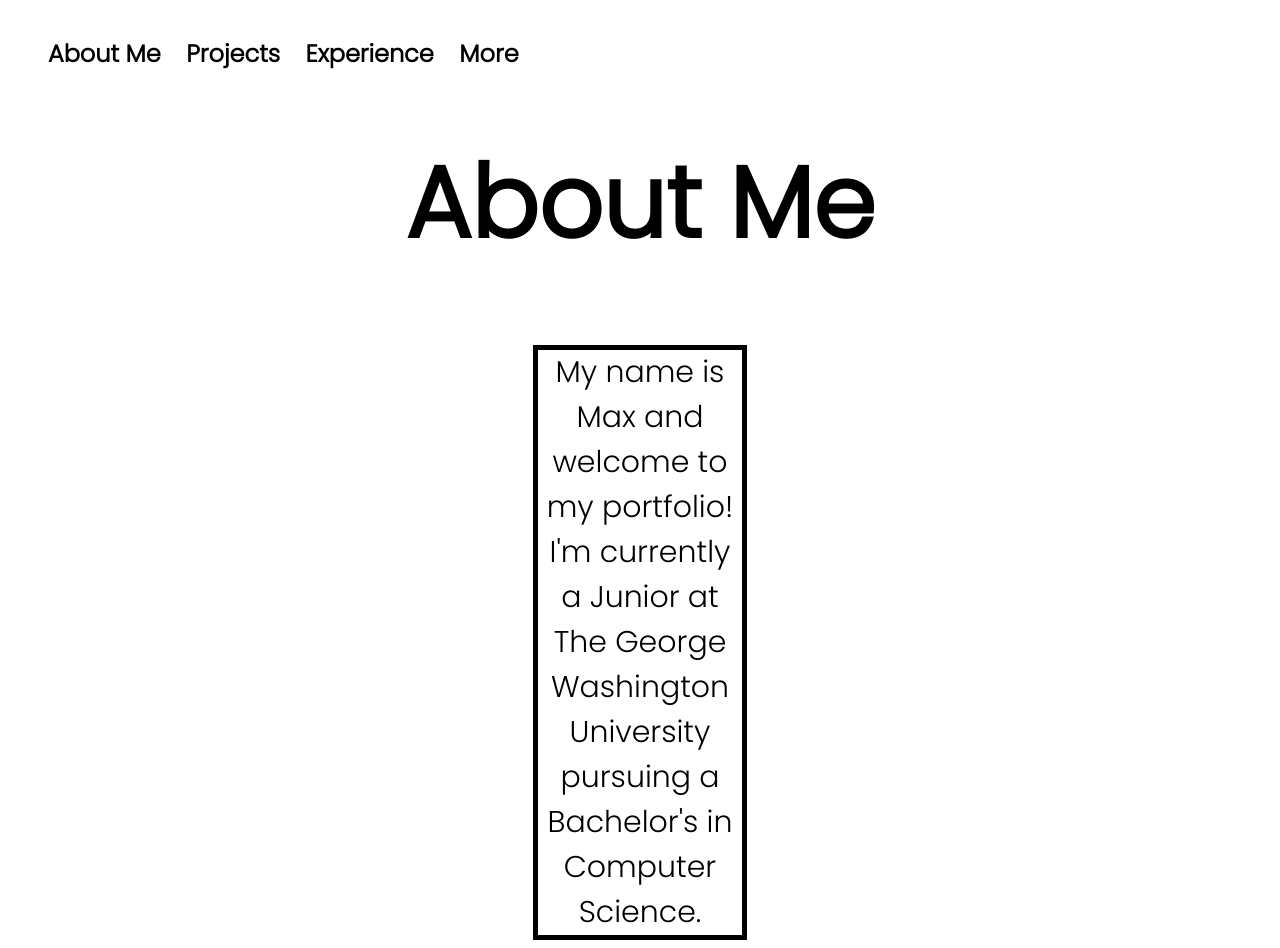
Repository: notMaximilian/maximilianaquino.github.io
Page: about.html
An editor plug-in stored every save of this project. The page is shown before and after the next save, followed by the edit.
The browser window is 1280 px wide. The pictures show the whole page.

Above is the page before, as saved 2022-02-10 09:49:16.

After the next save:
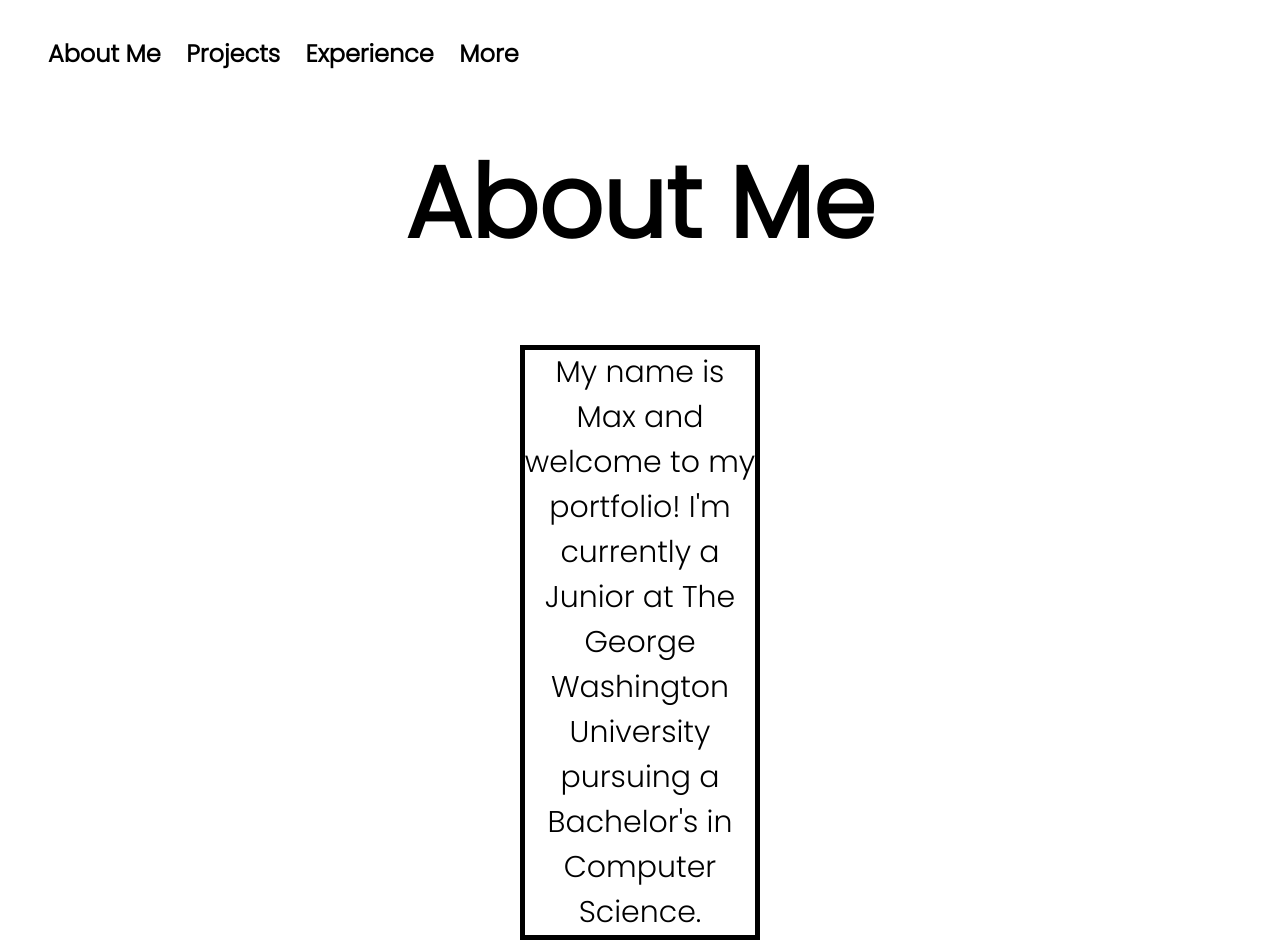
Saved 8 s later.
--- a/css/subpage.css
+++ b/css/subpage.css
@@ -38,7 +38,7 @@ h1{
 }
 
 p{
-    inline-size: 16vw;
+    inline-size: 18vw;
     font-family: "Poppins", sans-serif;
     text-align: center;
     border: 5px solid black;
